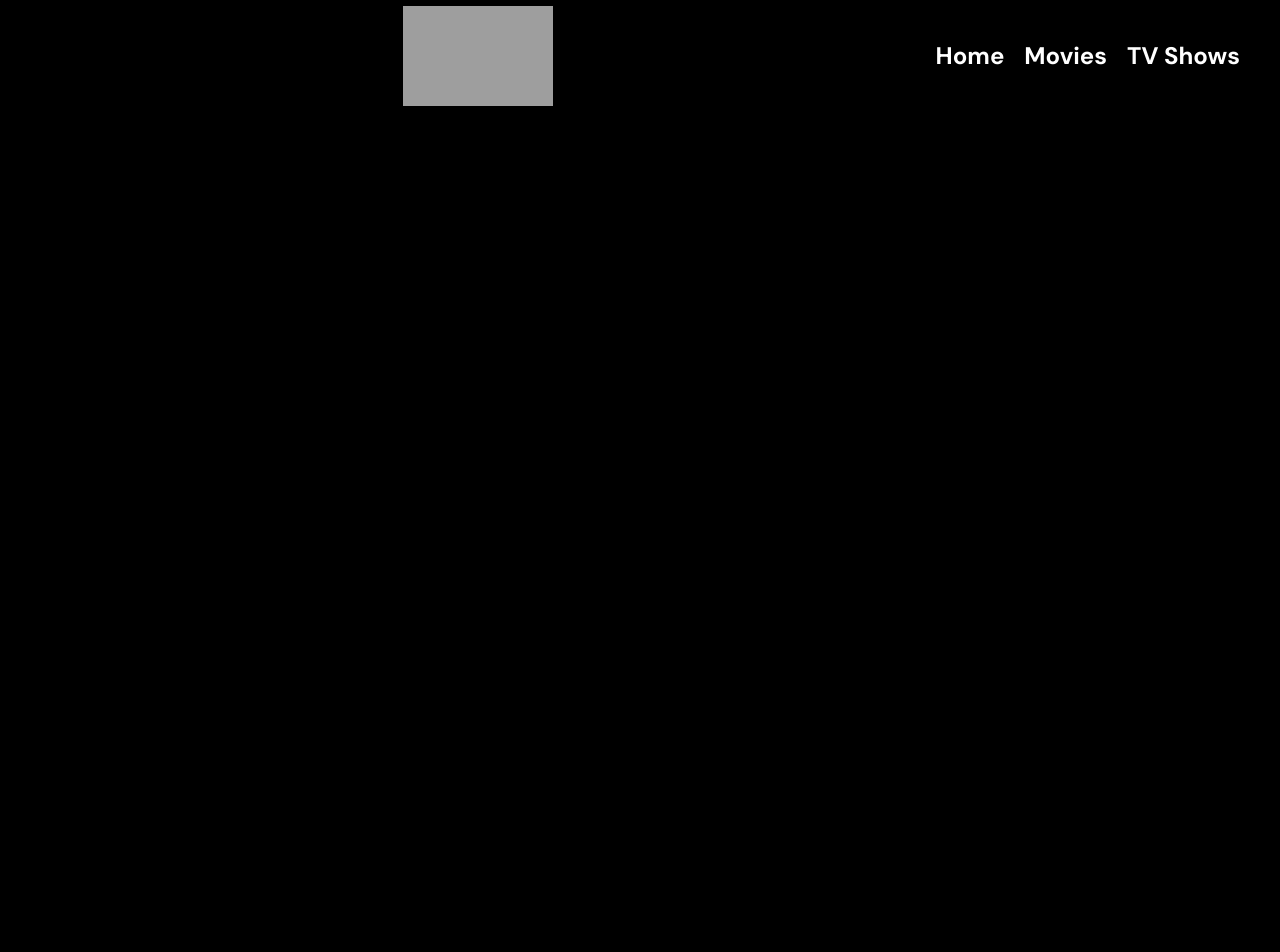
Repository: quynguyenn97/react-movie-app
Page: /
The author's editor kept a copy of each file at every save. The page is drawn from the files as they stood at one save, then again after the next save.
The browser window is 1280 px wide. The pictures show the part of the page from y = 0 to 952 px (the page is 1996 px tall).
Pictures or frames that could not be fetched are drawn as grey boxes. The page's requests for data from a server got no answer. The project was rebuilt for these pictures with package versions that can differ from the ones it lists, and the page was loaded fresh each time. No one was signed in, and anything a server would have sent is missing. Also part of the build but not shown: src/components/button/Button.js, src/hook/useDebounce.js, src/components/shows/ShowsCard.js, src/pages/ShowPage.js, src/pages/ShowDetailPage.js.

Above is the page before, as saved 2022-10-15 09:06:58.

### public/index.html
<!DOCTYPE html>
<html lang="en">
    <head>
        <meta charset="utf-8" />
        <link rel="icon" href="%PUBLIC_URL%/favicon.ico" />
        <meta name="viewport" content="width=device-width, initial-scale=1" />
        <meta name="theme-color" content="#000000" />
        <meta
            name="description"
            content="Web site created using create-react-app" />
        <link rel="apple-touch-icon" href="%PUBLIC_URL%/logo192.png" />
        <!--
      manifest.json provides metadata used when your web app is installed on a
      user's mobile device or desktop. See https://developers.google.com/web/fundamentals/web-app-manifest/
    -->
        <link rel="manifest" href="%PUBLIC_URL%/manifest.json" />
        <!--
      Notice the use of %PUBLIC_URL% in the tags above.
      It will be replaced with the URL of the `public` folder during the build.
      Only files inside the `public` folder can be referenced from the HTML.

      Unlike "/favicon.ico" or "favicon.ico", "%PUBLIC_URL%/favicon.ico" will
      work correctly both with client-side routing and a non-root public URL.
      Learn how to configure a non-root public URL by running `npm run build`.
    -->
        <link rel="preconnect" href="https://fonts.googleapis.com" />
        <link rel="preconnect" href="https://fonts.gstatic.com" crossorigin />
        <link
            href="https://fonts.googleapis.com/css2?family=DM+Sans:wght@400;500;700&display=swap"
            rel="stylesheet" />
        <title>React App</title>
    </head>
    <body>
        <noscript>You need to enable JavaScript to run this app.</noscript>
        <div id="root"></div>
        <!--
      This HTML file is a template.
      If you open it directly in the browser, you will see an empty page.

      You can add webfonts, meta tags, or analytics to this file.
      The build step will place the bundled scripts into the <body> tag.

      To begin the development, run `npm start` or `yarn start`.
      To create a production bundle, use `npm run build` or `yarn build`.
    --></body>
</html>

### src/index.js
import React from "react";
import ReactDOM from "react-dom/client";
import "./index.scss";
import App from "./App";
import reportWebVitals from "./reportWebVitals";
import { BrowserRouter } from "react-router-dom";

const root = ReactDOM.createRoot(document.getElementById("root"));
root.render(
    <BrowserRouter>
        <React.StrictMode>
            <App />
        </React.StrictMode>
    </BrowserRouter>
);

// If you want to start measuring performance in your app, pass a function
// to log results (for example: reportWebVitals(console.log))
// or send to an analytics endpoint. Learn more: https://bit.ly/CRA-vitals
reportWebVitals();

### src/index.scss
@tailwind base;
@tailwind components;
@tailwind utilities;

@layer base {
    body {
        @apply bg-black font-body px-5 text-white;
    }
}
@layer components {
    .page-container {
        max-width: 1280px;
        @apply mx-auto;
    }
    .movie-list .swiper-slide {
        width: 300px;
        height: auto;
    }
    .banner .swiper {
        height: 100%;
    }
    .btn {
        box-shadow: 0 0 6px 6px rgba(#fc2872, 0.3);
    }
    .btn-custom {
        background: linear-gradient(107.61deg, #00a7b4 15.59%, #a4d96c 87.25%);
        border-radius: 8px;
        box-shadow: 0 0 6px 6px rgba(#a4d96c, 0.3);
    }
    .contact :hover {
        color: #a4d96c;
    }
}
.pagination {
    display: flex;
    align-items: center;
    justify-content: center;
    gap: 20px;
    .selected {
        @apply text-primary;
    }
}
.skeleton {
    background-color: #eee;
    background-image: linear-gradient(
        110deg,
        #ececec 8%,
        #f5f5f5 18%,
        #ececec 33%
    );
    background-size: 200% 100%;
    animation: 1.5s shine linear infinite;
}
@keyframes shine {
    to {
        background-position-x: -200%;
    }
}

### src/App.js
import { Fragment, lazy, Suspense } from "react";
import Banner from "./banner/Banner";
import "swiper/scss";
import "swiper/css/autoplay";
import { Route, Routes } from "react-router-dom";
import Main from "./layout/Main";
import ShowPage from "./pages/ShowPage";
import ShowDetailsPage from "./pages/ShowDetailPage";
const HomePage = lazy(() => import("./pages/HomePage"));
const MovieDetailsPage = lazy(() => import("./pages/MovieDetailsPage"));
const MoviePage = lazy(() => import("./pages/MoviePage"));

function App() {
    return (
        <Fragment>
            <Suspense fallback={<></>}>
                <Routes>
                    <Route element={<Main></Main>}>
                        <Route
                            path="/"
                            element={
                                <>
                                    <Banner></Banner>
                                    <HomePage></HomePage>
                                </>
                            }></Route>
                        <Route
                            path="/movies"
                            element={<MoviePage></MoviePage>}></Route>
                        <Route
                            path="/movie/:movieId"
                            element={
                                <MovieDetailsPage></MovieDetailsPage>
                            }></Route>
                        <Route
                            path="/shows"
                            element={<ShowPage></ShowPage>}></Route>
                        <Route
                            path="/show/:showId"
                            element={
                                <ShowDetailsPage></ShowDetailsPage>
                            }></Route>
                    </Route>
                </Routes>
            </Suspense>
        </Fragment>
    );
}

export default App;

### src/banner/Banner.js
import React from "react";
import useSWR from "swr";
import { fetcher } from "../config";
import { SwiperSlide, Swiper } from "swiper/react";
import { useNavigate } from "react-router-dom";
import Button from "../components/button/Button";
import { tmdbAPI } from "../config";

const Banner = () => {
    const { data } = useSWR(tmdbAPI.getMovieList("upcoming"), fetcher);
    const movies = data?.results || [];
    return (
        <section className="banner h-[800px] page-container mb-10">
            <Swiper
                grabCursor={"true"}
                spaceBetween={40}
                slidesPerView={"auto"}>
                {movies &&
                    movies.length > 0 &&
                    movies.map((item, index) => {
                        return (
                            <SwiperSlide key={`index-${index}`}>
                                <BannerItem item={item}></BannerItem>
                            </SwiperSlide>
                        );
                    })}
            </Swiper>
        </section>
    );
};
function BannerItem({ item }) {
    const navigate = useNavigate();

    return (
        <div className="w-full h-full rounded-3xl relative flex">
            <div className="overlay absolute inset-0 bg-gradient-to-t from-[rgba(0,0,0,0.8)] to-[rgba(0,0,0,0.8)] rounded-lg"></div>
            <img
                src={tmdbAPI.imageOriginal(item.poster_path)}
                alt=""
                className="w-full h-full object-cover rounded-lg "
            />
            <>
                <div className="md:w-[250px] md:h-[400px] lg:w-[300px] lg:h-[500px] xl:w-[400px] xl:h-[600px] w-[200px] h-[400px] absolute right-[10%] top-[10%] md:top-[30%] lg:top-[20%] rounded-3xl z-10">
                    <img
                        className="w-full h-full object-cover rounded-3xl"
                        alt=""
                        src={tmdbAPI.imageOriginal(item.backdrop_path)}
                    />
                </div>
                <div className="absolute left-5 top-[30%]  md:w-[350px] lg:w-[500px] xl:w-[600px] w-[200px] text-white">
                    <h2 className="font-bold text-4xl lg:text-6xl mb-5">
                        {item.title}
                    </h2>
                    <p className="text-md lg:text-xl mb-5">{item.overview}</p>
                    <div className="flex items-center gap-x-3">
                        <Button
                            onClick={() => navigate(`/movie/${item.id}`)}
                            className="btn"
                            bgColor="bg-primary">
                            Watch now
                        </Button>
                    </div>
                </div>
            </>
        </div>
    );
}
export default Banner;

### src/layout/Main.js
import React, { Fragment } from "react";
import Header from "./Header";
import { Outlet } from "react-router-dom";
const Main = () => {
    return (
        <Fragment>
            <Header></Header>
            <Outlet></Outlet>
        </Fragment>
    );
};

export default Main;

### src/pages/HomePage.js
import React, { Fragment } from "react";
import MovieList from "../components/movie/MovieList";
import ShowsList from "../components/shows/ShowsList";
import Footer from "../layout/Footer";
const HomePage = () => {
    return (
        <Fragment>
            <section className="movies-layout page-container pb-20">
                <h2 className="text-primary capitalize mb-5 text-3xl font-bold">
                    Now playing
                </h2>
                <MovieList></MovieList>
                <div className="movie-list grid grid-cols-4 gap-10"></div>
            </section>
            <section className="movies-layout page-container pb-20">
                <h2 className="text-primary capitalize mb-5 text-3xl font-bold">
                    Top Rated
                </h2>
                <MovieList type="top_rated"></MovieList>
            </section>
            <section className="movies-layout page-container pb-20">
                <h2 className="text-primary capitalize mb-5 text-3xl font-bold">
                    Trending
                </h2>
                <MovieList type="popular"></MovieList>
            </section>
            <section className="movies-layout page-container pb-20">
                <h2 className="text-[#88d13a] capitalize mb-5 text-3xl font-bold">
                    TV Shows
                </h2>
                <ShowsList type="popular"></ShowsList>
            </section>
            <Footer />
        </Fragment>
    );
};

export default HomePage;

### src/config.js
export const fetcher = (...args) => fetch(...args).then((res) => res.json());
export const apiKey = "5b6bd71d2eb24fb649d55629a64802ff";
const tmdbEndpoint = "https://api.themoviedb.org/3/movie";
const tmdbEndpointTV = "https://api.themoviedb.org/3/tv";
const tmdbEndpointSearch = "https://api.themoviedb.org/3/search/movie";
const tmdbEndpointSearchTV = "https://api.themoviedb.org/3/search/tv";
export const tmdbAPI = {
    getMovieList: (type, page = 2) =>
        `${tmdbEndpoint}/${type}?api_key=${apiKey}&page=${page}`,
    getMovieDetails: (movieId) =>
        `${tmdbEndpoint}/${movieId}?api_key=${apiKey}`,
    getMovieMeta: (movieId, type) =>
        `${tmdbEndpoint}/${movieId}/${type}?api_key=${apiKey}`,
    getMovieSearch: (query, page) =>
        `${tmdbEndpointSearch}?api_key=${apiKey}&query=${query}&page=${page}`,
    getTVList: (type, page = 1) =>
        `${tmdbEndpointTV}/${type}?api_key=${apiKey}&page=${page}`,
    getTVSearch: (query, page) =>
        `${tmdbEndpointSearchTV}?api_key=${apiKey}&query=${query}&page=${page}`,
    getTVDetails: (showId) => `${tmdbEndpointTV}/${showId}?api_key=${apiKey}`,
    getTVMeta: (showId, type) =>
        `${tmdbEndpointTV}/${showId}/${type}?api_key=${apiKey}`,

    imageOriginal: (url) => `https://image.tmdb.org/t/p/original/${url}`,
    image500: (url) => `https://image.tmdb.org/t/p/w500/${url}`,
};

### src/layout/Header.js
import React from "react";
import { NavLink } from "react-router-dom";

const Header = () => {
    return (
        <header>
            <div className="flex items-center justify-between page-container flex-wrap sm:flex-nowrap ">
                <div className="w-[250px] h-[50px] sm:w-[150px] sm:h-[100px] mx-auto">
                    <img
                        src="https://i0.wp.com/www.downloadfonts.io/wp-content/uploads/2021/09/Netflix-Logo-Font.png?fit=1024%2C581&ssl=1"
                        alt=""
                        className="object-cover w-full h-full"
                    />
                </div>
                <div className="header flex items-center justify-end mr-0 md:mr-5 gap-x-2 md:gap-x-5 text-white py-10  text-2xl sm:text-2xl font-bold">
                    <NavLink
                        to="/"
                        className={({ isActive }) =>
                            isActive ? "text-white" : ""
                        }>
                        Home
                    </NavLink>
                    <NavLink
                        to="/movies"
                        className={({ isActive }) =>
                            isActive ? "text-primary" : ""
                        }>
                        Movies
                    </NavLink>
                    <NavLink
                        to="/shows"
                        className={({ isActive }) =>
                            isActive ? "text-[#52851b]" : ""
                        }>
                        TV Shows
                    </NavLink>
                </div>
            </div>
        </header>
    );
};

export default Header;

### src/components/movie/MovieList.js
import React, { useEffect, useState } from "react";
import { SwiperSlide, Swiper } from "swiper/react";
import useSWR from "swr";
import { fetcher } from "../../config";
import MovieCard, { MovieCardSkeleton } from "./MovieCard";
import { tmdbAPI } from "../../config";

const MovieList = ({ type = "now_playing" }) => {
    const { data, error } = useSWR(tmdbAPI.getMovieList(type), fetcher);
    const isLoading = !data && !error;
    const movie = data?.results || [];
    return (
        <div className="movie-list">
            {isLoading && (
                <>
                    <Swiper
                        grabCursor={"true"}
                        spaceBetween={40}
                        slidesPerView={"auto"}>
                        <SwiperSlide>
                            <MovieCardSkeleton></MovieCardSkeleton>
                        </SwiperSlide>
                        <SwiperSlide>
                            <MovieCardSkeleton></MovieCardSkeleton>
                        </SwiperSlide>
                        <SwiperSlide>
                            <MovieCardSkeleton></MovieCardSkeleton>
                        </SwiperSlide>
                        <SwiperSlide>
                            <MovieCardSkeleton></MovieCardSkeleton>
                        </SwiperSlide>
                        <SwiperSlide>
                            <MovieCardSkeleton></MovieCardSkeleton>
                        </SwiperSlide>
                    </Swiper>
                </>
            )}
            {!isLoading && (
                <Swiper
                    grabCursor={"true"}
                    spaceBetween={40}
                    slidesPerView={"auto"}>
                    {movie &&
                        movie.length > 0 &&
                        movie.map((item) => {
                            return (
                                <SwiperSlide key={`movie-${item.id}`}>
                                    <MovieCard item={item}></MovieCard>
                                </SwiperSlide>
                            );
                        })}
                </Swiper>
            )}
        </div>
    );
};

export default MovieList;

### src/components/shows/ShowsList.js
import React from "react";
import { SwiperSlide, Swiper } from "swiper/react";
import useSWR from "swr";
import { fetcher } from "../../config";
import { MovieCardSkeleton } from "../movie/MovieCard";
import { tmdbAPI } from "../../config";
import ShowsCard from "./ShowsCard";

const ShowList = ({ type = "top_rated" }) => {
    const { data, error } = useSWR(tmdbAPI.getTVList(type), fetcher);
    const isLoading = !data && !error;
    const show = data?.results || [];
    return (
        <div className="movie-list">
            {isLoading && (
                <>
                    <Swiper
                        grabCursor={"true"}
                        spaceBetween={40}
                        slidesPerView={"auto"}>
                        <SwiperSlide>
                            <MovieCardSkeleton></MovieCardSkeleton>
                        </SwiperSlide>
                        <SwiperSlide>
                            <MovieCardSkeleton></MovieCardSkeleton>
                        </SwiperSlide>
                        <SwiperSlide>
                            <MovieCardSkeleton></MovieCardSkeleton>
                        </SwiperSlide>
                        <SwiperSlide>
                            <MovieCardSkeleton></MovieCardSkeleton>
                        </SwiperSlide>
                        <SwiperSlide>
                            <MovieCardSkeleton></MovieCardSkeleton>
                        </SwiperSlide>
                    </Swiper>
                </>
            )}
            {!isLoading && (
                <Swiper
                    grabCursor={"true"}
                    spaceBetween={40}
                    slidesPerView={"auto"}>
                    {show &&
                        show.length > 0 &&
                        show.map((item) => {
                            return (
                                <SwiperSlide key={`movie-${item.id}`}>
                                    <ShowsCard item={item}></ShowsCard>
                                </SwiperSlide>
                            );
                        })}
                </Swiper>
            )}
        </div>
    );
};

export default ShowList;

### src/layout/Footer.js
import React from "react";

const Footer = () => {
    return (
        <div className="w-full h-[500px] relative page-container">
            <img
                src="https://movie-clone-sigma.vercel.app/static/media/footer-bg.67e95f05e76a8cebf7e2.jpg"
                alt=""
                className="object-cover h-[500px] w-full absolute"
            />
            <h3 className="text-[#fc2872] absolute text-2xl font-bold bottom-[45%] left-[45%] contact">
                <a href="https://www.facebook.com/nguyenhoangtrongquy/">
                    Contact Me
                </a>
            </h3>
        </div>
    );
};

export default Footer;

### src/components/loading/LoadingSkeleton.js
import React from "react";

const LoadingSkeleton = (props) => {
    return (
        <div
            className={`skeleton ${props.className}`}
            style={{
                height: props.height,
                width: props.width || "100%",
                borderRadius: props.radius,
            }}></div>
    );
};

export default LoadingSkeleton;

### tailwind.config.js
/** @type {import('tailwindcss').Config} */
module.exports = {
    content: ["./src/**/*.{js,jsx,ts,tsx}"],
    theme: {
        extend: {
            fontFamily: {
                body: ["DM sans", "sans-serif"],
            },
            colors: {
                primary: "#FC2872",
                secondary: "#6F5CF1",
            },
        },
    },
    plugins: [],
};

Loaded but not shown: src/reportWebVitals.js (common file); src/components/movie/MovieCard.js (87 lines, source omitted)

After the next save:
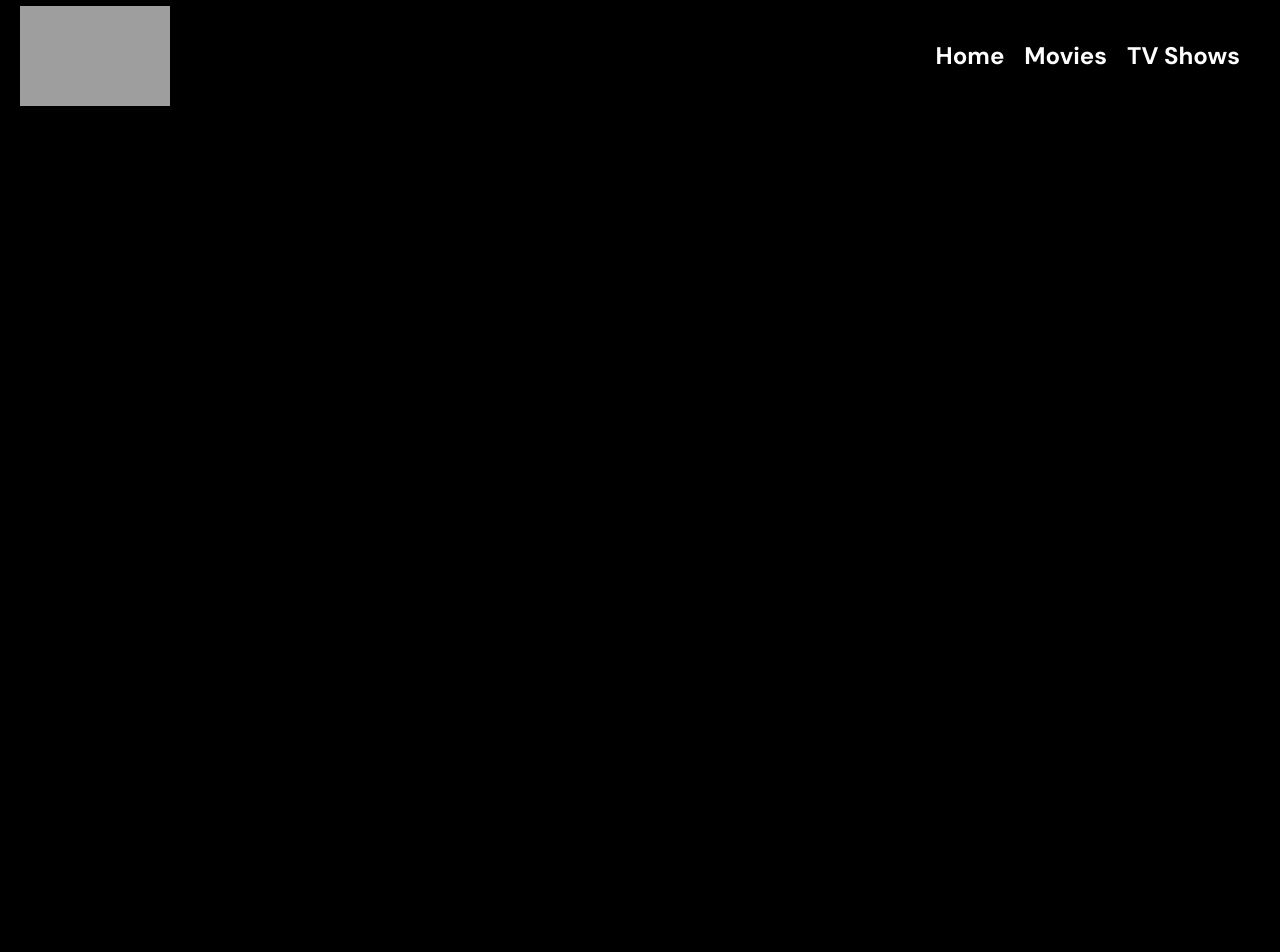
Saved 33 s later.
--- a/src/layout/Header.js
+++ b/src/layout/Header.js
@@ -5,7 +5,7 @@ const Header = () => {
     return (
         <header>
             <div className="flex items-center justify-between page-container flex-wrap sm:flex-nowrap ">
-                <div className="w-[250px] h-[50px] sm:w-[150px] sm:h-[100px] mx-auto">
+                <div className="w-[250px] h-[50px] sm:w-[150px] sm:h-[100px] mx-auto sm:mx-0">
                     <img
                         src="https://i0.wp.com/www.downloadfonts.io/wp-content/uploads/2021/09/Netflix-Logo-Font.png?fit=1024%2C581&ssl=1"
                         alt=""
